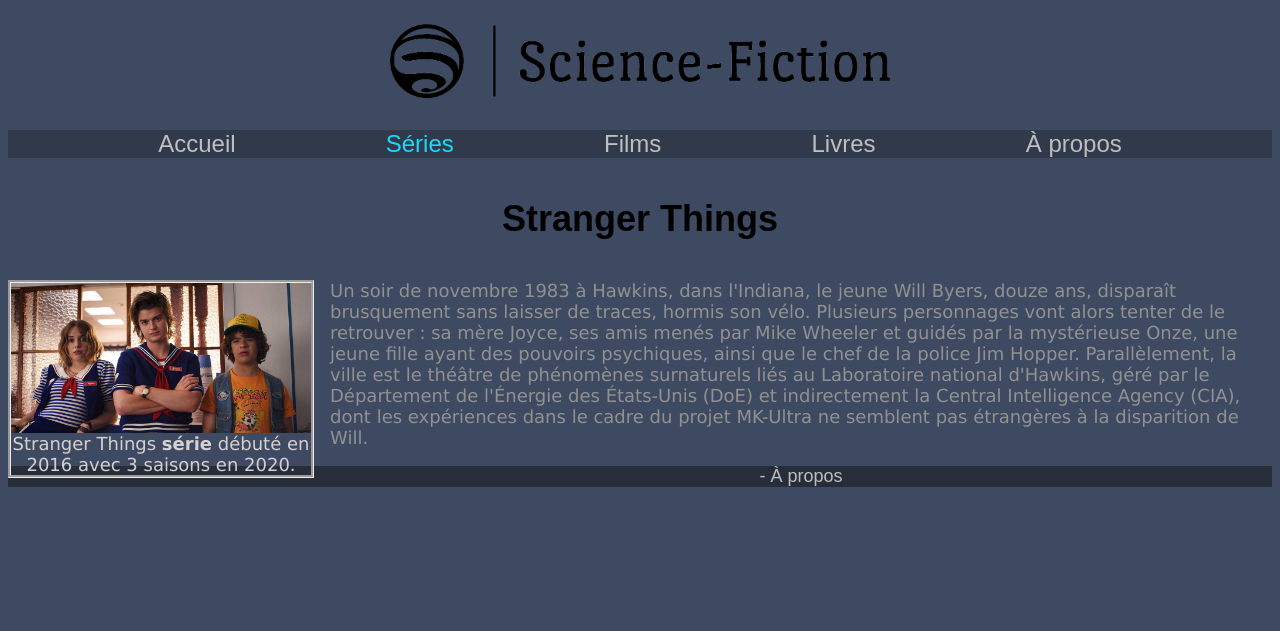
Repository: Emalios/Projet-Web
Page: html/series/stranger-things.html
These files come from the project's save history. The page is drawn as it stood at one moment and after the next save; the edit follows.
The browser window is 1280 px wide. The pictures show the whole page.

Above is the page before, as saved 2020-11-11 20:50:20.

### html/series/stranger-things.html
<!DOCTYPE html>
<html lang="fr" dir="ltr">

<head>
  <meta charset="utf-8">
  <meta name="viewport" content="width=device-width, initial-scale=1.0">
  <title>Stranger Things</title>
  <link rel="icon" href="../../images/small_icon.png" type="image/png">
  <link rel="stylesheet" href="../../css/common.css">
  <link rel="stylesheet" href="../../css/description.css">
</head>

<body>
  <header>
    <img id="logo" src="../../images/logo_large.png" alt="logo de Science-fiction">

    <nav class="navbar">
      <a href="../../index.html" class="nav-link">Accueil</a>
      <a href="../series.html" id="active" class="nav-link">Séries</a>
      <a href="../films.html" class="nav-link">Films</a>
      <a href="../livres.html" class="nav-link">Livres</a>
      <a href="../a-propos.html" class="nav-link">À propos</a></li>
    </nav>
  </header>
  <h1 id="title">Stranger Things</h1>
  <figure class="figure_descriptive">
    <img class="image_descriptive" alt="Les protagonistes de Stranger Things" src="../../images/page-serie/stranger-things-scene.jpg" />
    <figcaption class="description">Stranger Things <b>série</b> débuté en 2016 avec 3 saisons en 2020.</figcaption>
  </figure>
  <main>
  <p class="resume">
    Un soir de novembre 1983 à Hawkins, dans l'Indiana, le jeune Will Byers, douze ans, disparaît brusquement sans laisser de traces, hormis son vélo. Plusieurs personnages vont alors tenter de le retrouver : sa mère Joyce, ses amis menés par Mike
    Wheeler et guidés par la mystérieuse Onze, une jeune fille ayant des pouvoirs psychiques, ainsi que le chef de la police Jim Hopper. Parallèlement, la ville est le théâtre de phénomènes surnaturels liés au Laboratoire national d'Hawkins, géré par
    le Département de l'Énergie des États-Unis (DoE) et indirectement la Central Intelligence Agency (CIA), dont les expériences dans le cadre du projet MK-Ultra ne semblent pas étrangères à la disparition de Will.
  </p>
  </main>
  <footer><a href="../a-propos.html" class="footer-link">- À propos</a></footer>
</body>

</html>

### css/common.css
body {
  background-color: #3e4a61;
  font-size: 18px;
  font-family: "Source Sans Pro", sans-serif;
}

#logo {
  display: block;
  margin-left: auto;
  margin-right: auto;
  padding-top: 1rem;
  padding-bottom: 2rem;
  max-width: 500px;
}

ul {
  list-style: none outside none;
}

.navbar {
  font-size: 24px;
  display: flex;
  flex-wrap: wrap;
  justify-content: space-evenly;
  padding: 0;
  background-color: #313a4b;
}

.nav-link, .footer-link {
  text-decoration: none;
  color: #c0bebe;
}

.nav-link:hover {
  color: #19dafa;
}

#active {
  color: #19dafa !important;
}

#title {
  text-align: center;
  padding: 1rem;
}

footer {
  background-color: #272e3a;
  text-align: center;
}

@media all and (max-width: 700px) {
  #logo {
    display: block;
    margin-left: auto;
    margin-right: auto;
    padding-top: 1em;
    width: 85%;
    max-width: 500px;
  }

}

### css/description.css
.resume, .description {
  color: #919191;
  font-family: Verdana, sans-serif;
}

.description {
    color: #d6d0d0;
}

.figure_descriptive {
    margin: 0;
    margin-right: 1rem;
    width: min-content;
    display: flex;
    flex-direction: column;
    float: left;
    text-align: center;
    border-style: groove;
}

.description {
  margin: 0;
  width: 100%;
  text-align: center;
}

.image_descriptive {
  float: left;
  width: 100%;
  min-width: 300px;
}

After the next save:
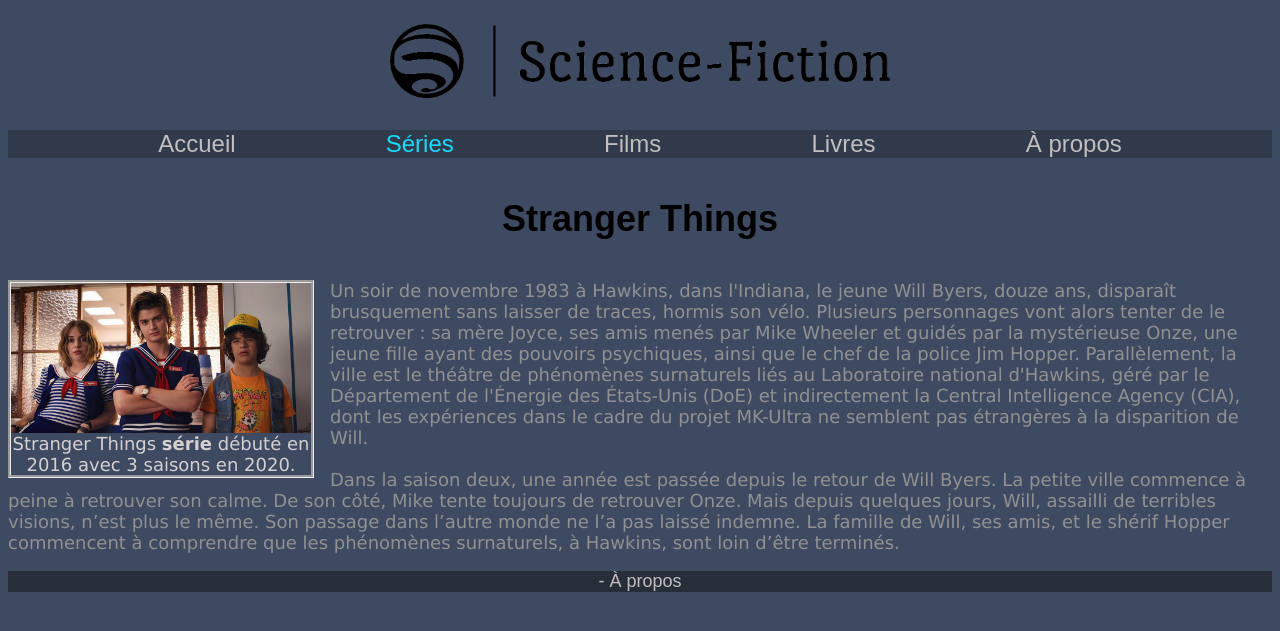
Saved 34 s later.
--- a/html/series/stranger-things.html
+++ b/html/series/stranger-things.html
@@ -19,7 +19,7 @@
       <a href="../series.html" id="active" class="nav-link">Séries</a>
       <a href="../films.html" class="nav-link">Films</a>
       <a href="../livres.html" class="nav-link">Livres</a>
-      <a href="../a-propos.html" class="nav-link">À propos</a></li>
+      <a href="../a-propos.html" class="nav-link">À propos</a>
     </nav>
   </header>
   <h1 id="title">Stranger Things</h1>
@@ -28,11 +28,14 @@
     <figcaption class="description">Stranger Things <b>série</b> débuté en 2016 avec 3 saisons en 2020.</figcaption>
   </figure>
   <main>
-  <p class="resume">
-    Un soir de novembre 1983 à Hawkins, dans l'Indiana, le jeune Will Byers, douze ans, disparaît brusquement sans laisser de traces, hormis son vélo. Plusieurs personnages vont alors tenter de le retrouver : sa mère Joyce, ses amis menés par Mike
-    Wheeler et guidés par la mystérieuse Onze, une jeune fille ayant des pouvoirs psychiques, ainsi que le chef de la police Jim Hopper. Parallèlement, la ville est le théâtre de phénomènes surnaturels liés au Laboratoire national d'Hawkins, géré par
-    le Département de l'Énergie des États-Unis (DoE) et indirectement la Central Intelligence Agency (CIA), dont les expériences dans le cadre du projet MK-Ultra ne semblent pas étrangères à la disparition de Will.
-  </p>
+    <p class="resume">
+      Un soir de novembre 1983 à Hawkins, dans l'Indiana, le jeune Will Byers, douze ans, disparaît brusquement sans laisser de traces, hormis son vélo. Plusieurs personnages vont alors tenter de le retrouver : sa mère Joyce, ses amis menés par Mike
+      Wheeler et guidés par la mystérieuse Onze, une jeune fille ayant des pouvoirs psychiques, ainsi que le chef de la police Jim Hopper. Parallèlement, la ville est le théâtre de phénomènes surnaturels liés au Laboratoire national d'Hawkins, géré
+      par le Département de l'Énergie des États-Unis (DoE) et indirectement la Central Intelligence Agency (CIA), dont les expériences dans le cadre du projet MK-Ultra ne semblent pas étrangères à la disparition de Will.</br></br>
+
+      Dans la saison deux, une année est passée depuis le retour de Will Byers. La petite ville commence à peine à retrouver son calme. De son côté, Mike tente toujours de retrouver Onze. Mais depuis quelques jours, Will, assailli de terribles
+      visions, n’est plus le même. Son passage dans l’autre monde ne l’a pas laissé indemne. La famille de Will, ses amis, et le shérif Hopper commencent à comprendre que les phénomènes surnaturels, à Hawkins, sont loin d’être terminés.
+    </p>
   </main>
   <footer><a href="../a-propos.html" class="footer-link">- À propos</a></footer>
 </body>
